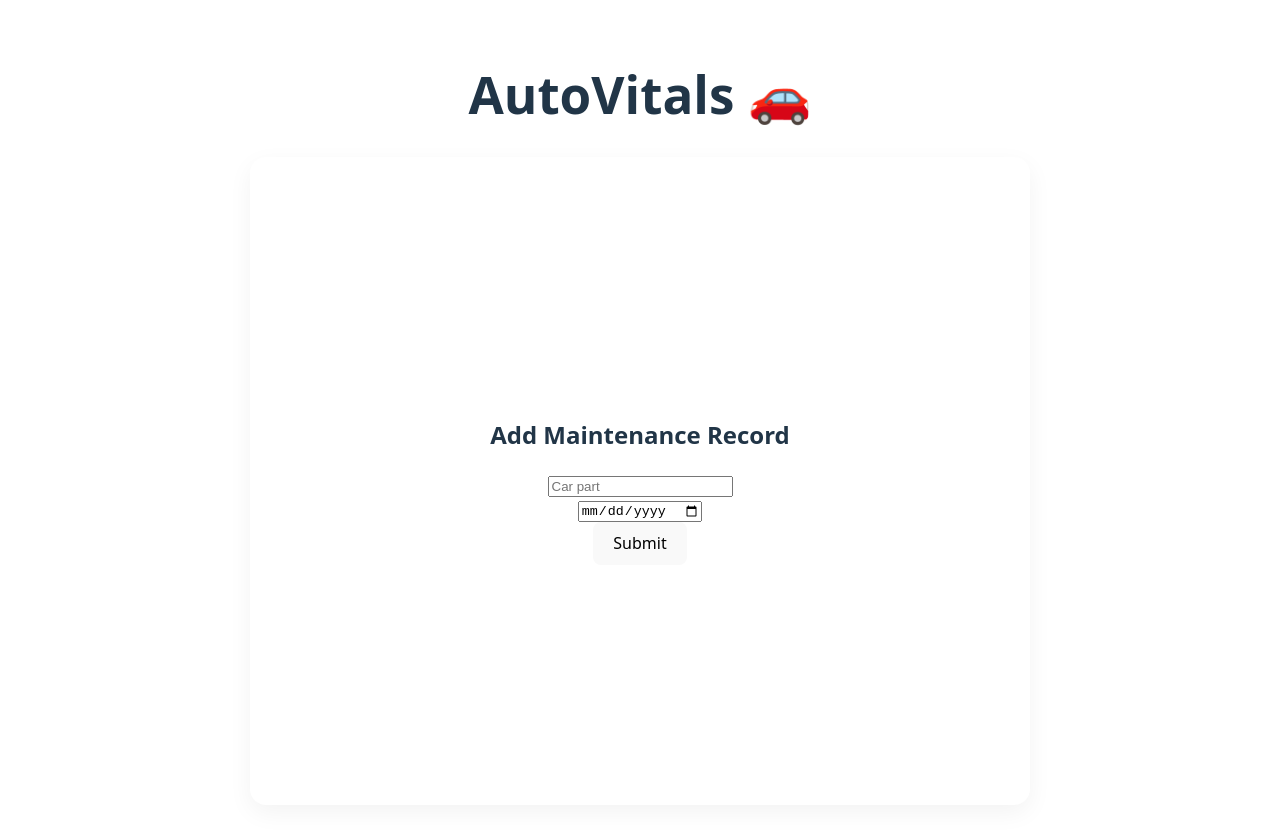
Repository: YoussefAzmires/wevdebautovitals
Page: /search (app in frontend/)
The author's editor kept a copy of each file at every save. The page is drawn from the files as they stood at one save, then again after the next save.
The browser window is 1280 px wide. The pictures show the whole page.
The project was rebuilt for these pictures with package versions that can differ from the ones it lists, and the page was loaded fresh each time. Also part of the build but not shown: frontend/vite.config.ts.

Above is the page before, as saved 2025-04-13 15:42:09.

### frontend/src/App.tsx
import './App.css'
import AddMaintenanceRecordsForm from "./components/AddMaintenanceRecordsForm/AddMaintenanceRecordsForm";
function App() {
  return (
    <div>
      <h1>AutoVitals 🚗</h1>
      <AddMaintenanceRecordsForm />
    </div>
  );
}


export default App

### frontend/src/components/AddMaintenanceRecordsForm/AddMaintenanceRecordsForm.tsx
import { JSX } from 'react';
import './AddMaintenanceRecordsForm.css'



export default function AddMaintenanceRecordsForm() : JSX.Element {
    return (
      <form>
        <h2>Add Maintenance Record</h2>
        <input type="text" placeholder="Car part" />
        <br />
        <input type="date" />
        <br />
        <button type="submit">Submit</button>
      </form>
    );
  }

### frontend/src/components/AddMaintenanceRecordsForm/AddMaintenanceRecordsForm.css
form{
  background-color: white;
  padding: 15em;
  border-radius: 16px;
  box-shadow: 0 8px 24px rgba(0, 0, 0, 0.05);
}

Loaded but not shown: frontend/index.html (common file); frontend/src/main.tsx (common file); frontend/src/index.css (common file); frontend/src/App.css (common file)

After the next save:
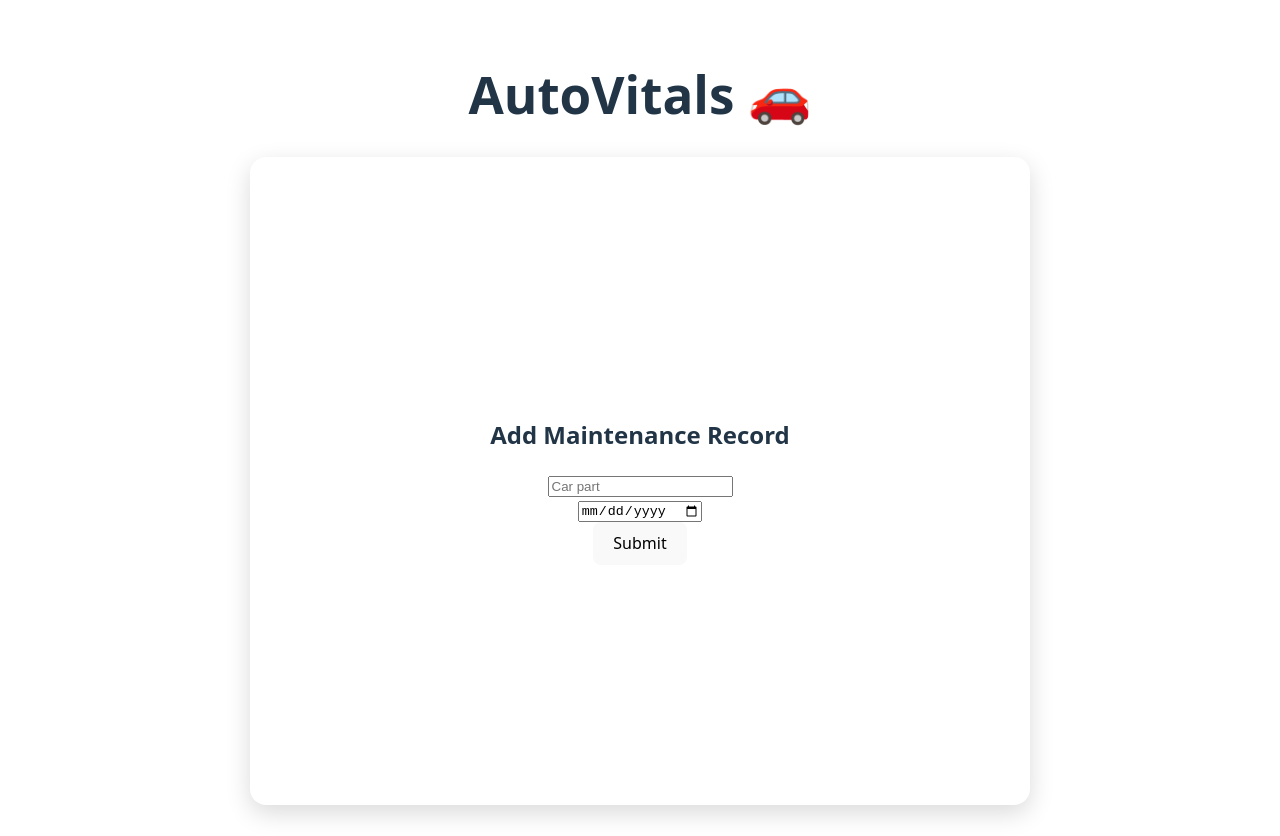
Saved 9 s later.
--- a/frontend/src/components/AddMaintenanceRecordsForm/AddMaintenanceRecordsForm.css
+++ b/frontend/src/components/AddMaintenanceRecordsForm/AddMaintenanceRecordsForm.css
@@ -2,5 +2,5 @@ form{
   background-color: white;
   padding: 15em;
   border-radius: 16px;
-  box-shadow: 0 8px 24px rgba(0, 0, 0, 0.05);
+  box-shadow: 0 8px 24px rgba(0, 0, 0, 0.15);
 }
